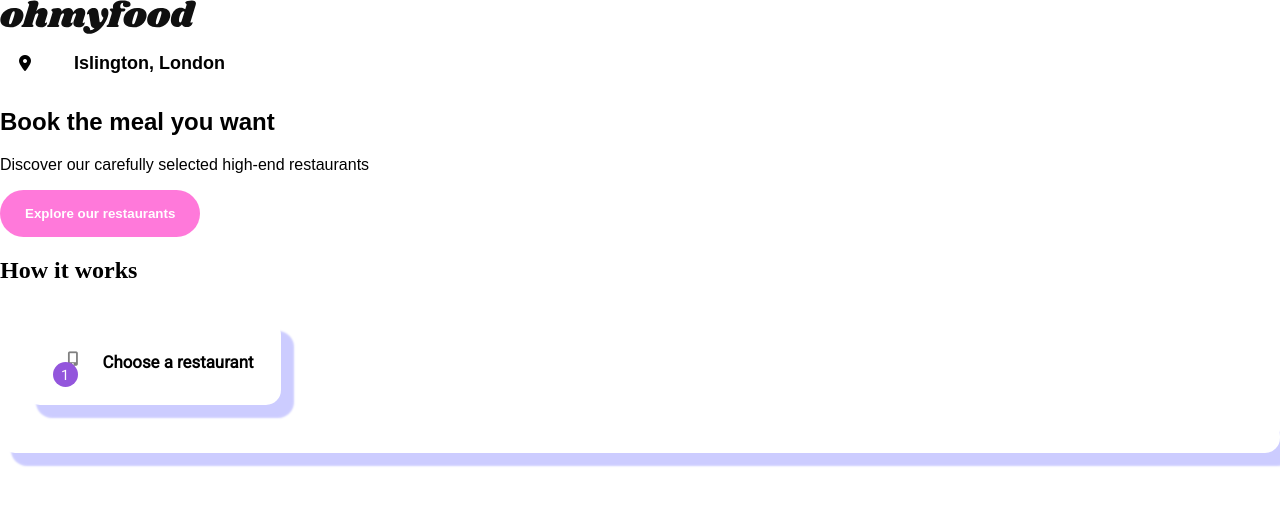
Repository: R1ptou/Project-3
Page: index.html
An editor plug-in stored every save of this project. The page is shown before and after the next save, followed by the edit.
The browser window is 1280 px wide. The pictures show the whole page.
Some web fonts or font styles are not loaded; a fallback is used. The style sheet was rebuilt from its Sass, Less or Tailwind sources for each picture, by a compiler version that may differ from the author's.

Above is the page before, as saved 2024-02-10 11:52:29.

After the next save:
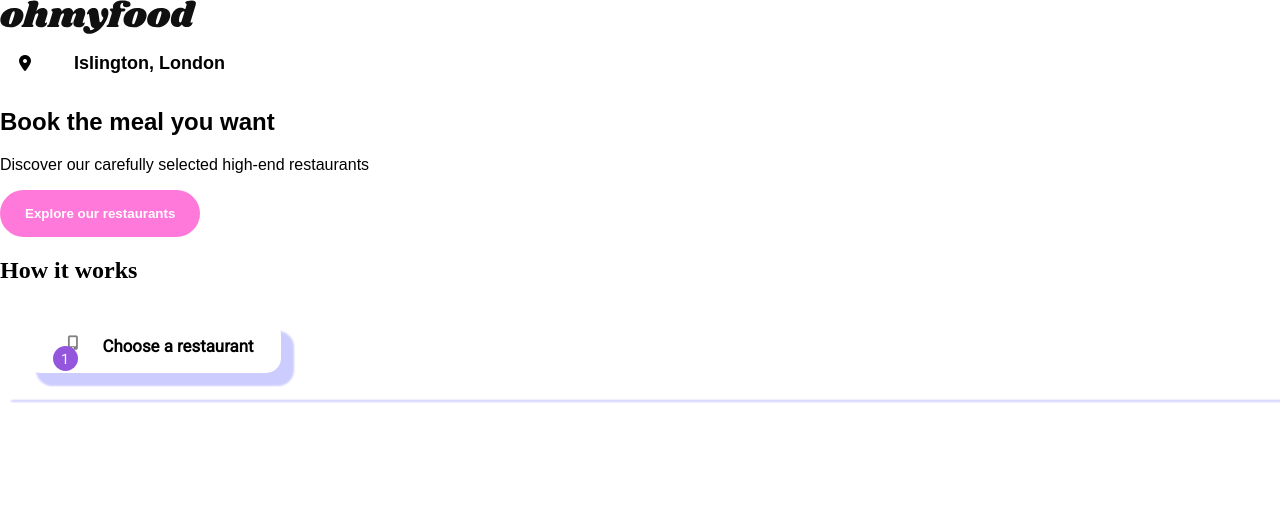
Saved 14 s later.
--- a/scss/style.scss
+++ b/scss/style.scss
@@ -86,7 +86,7 @@
 .card {
     display: flex;
     flex-direction: row;
-    padding: 16px 25px;
+
     background: #fff;
     border-radius: 15px;
     box-shadow: 12px 12px 2px 1px rgba(0, 0, 255, .2);

After the save that followed:
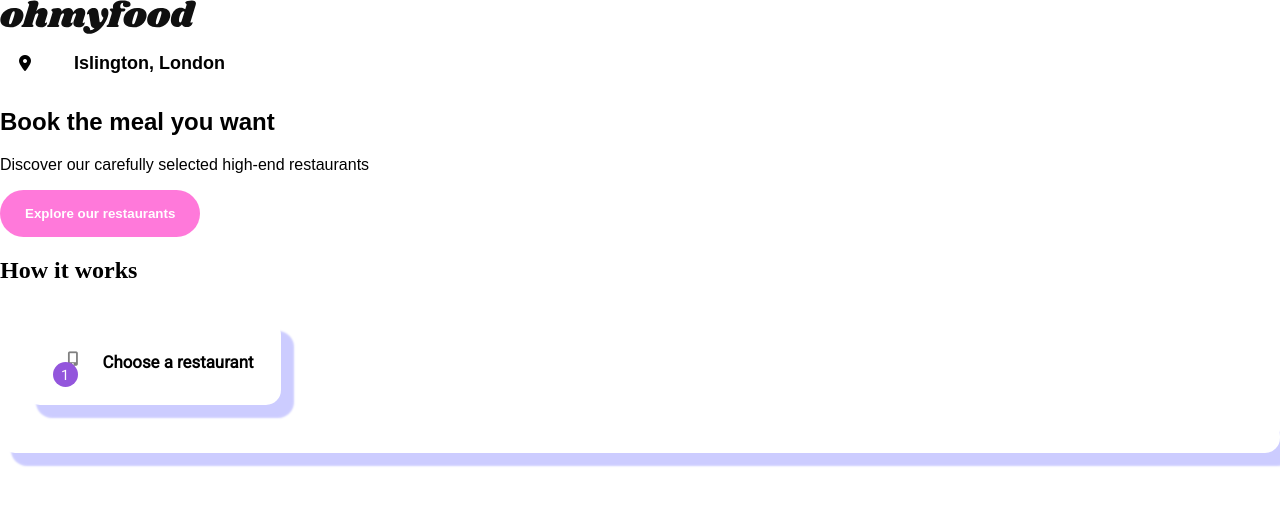
Saved 4 s later.
--- a/scss/style.scss
+++ b/scss/style.scss
@@ -86,7 +86,7 @@
 .card {
     display: flex;
     flex-direction: row;
-
+    padding: 16px 25px;
     background: #fff;
     border-radius: 15px;
     box-shadow: 12px 12px 2px 1px rgba(0, 0, 255, .2);
